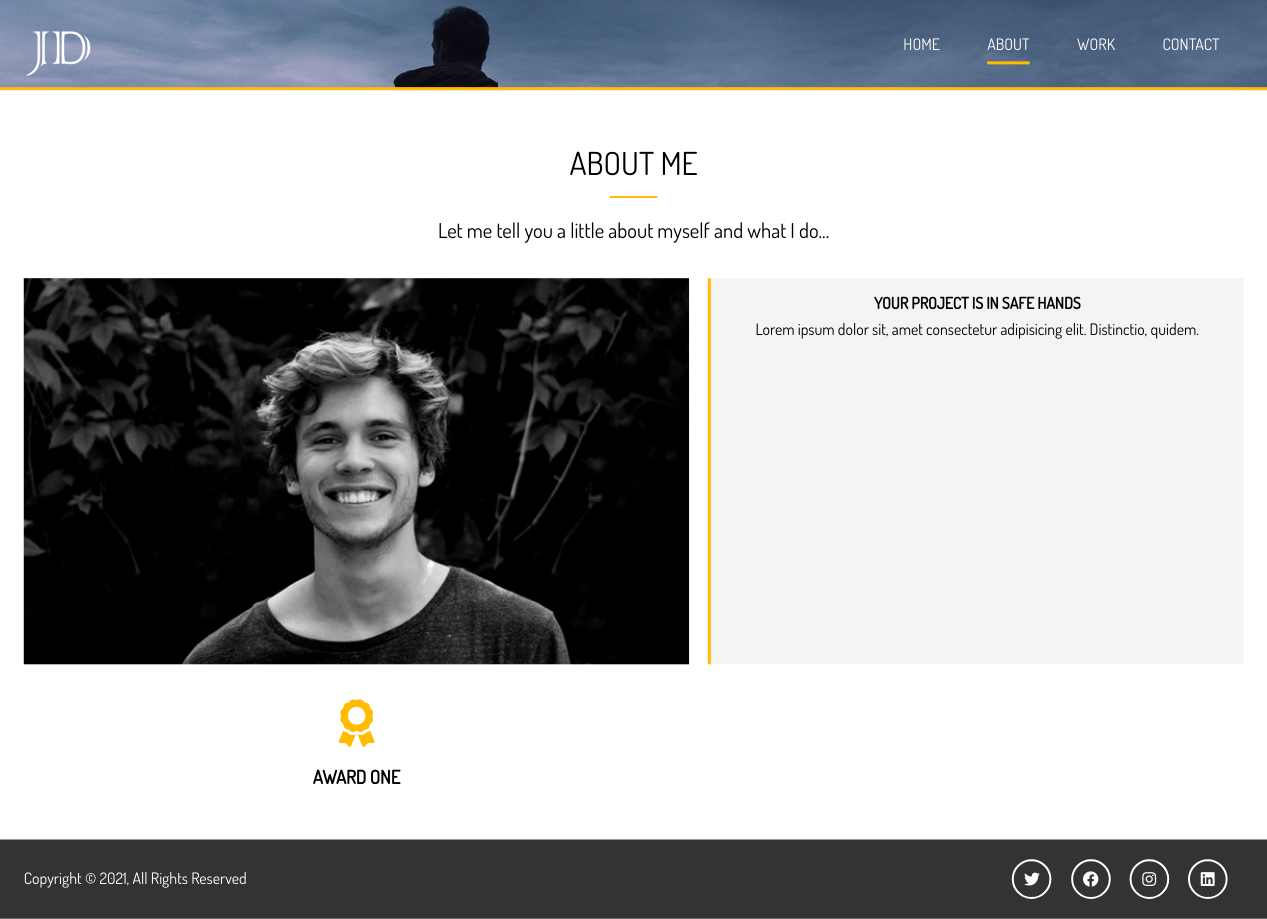
Repository: minhtien9/Portfolio_Website
Page: diet/about.html
An editor plug-in stored every save of this project. The page is shown before and after the next save, followed by the edit.
The browser window is 1280 px wide. The pictures show the whole page, at 99% of full size.

Above is the page before, as saved 2021-08-29 10:42:17.

After the next save:
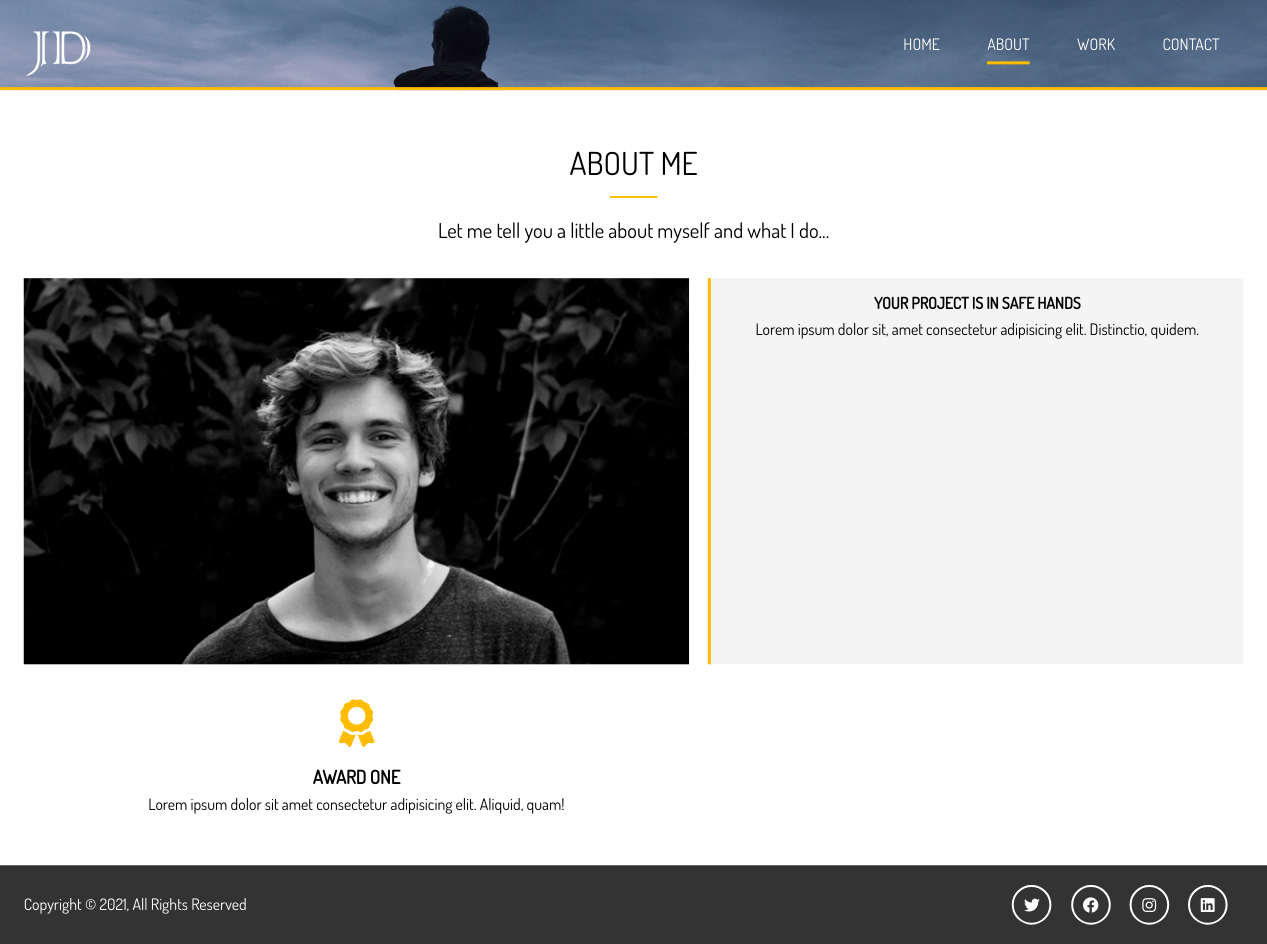
Saved 8 s later.
--- a/diet/about.html
+++ b/diet/about.html
@@ -53,6 +53,10 @@
           <div class="award-1">
             <i class="fas fa-award fa-3x"></i>
             <h3>Award One</h3>
+            <p>
+              Lorem ipsum dolor sit amet consectetur adipisicing elit. Aliquid,
+              quam!
+            </p>
           </div>
         </div>
       </div>
